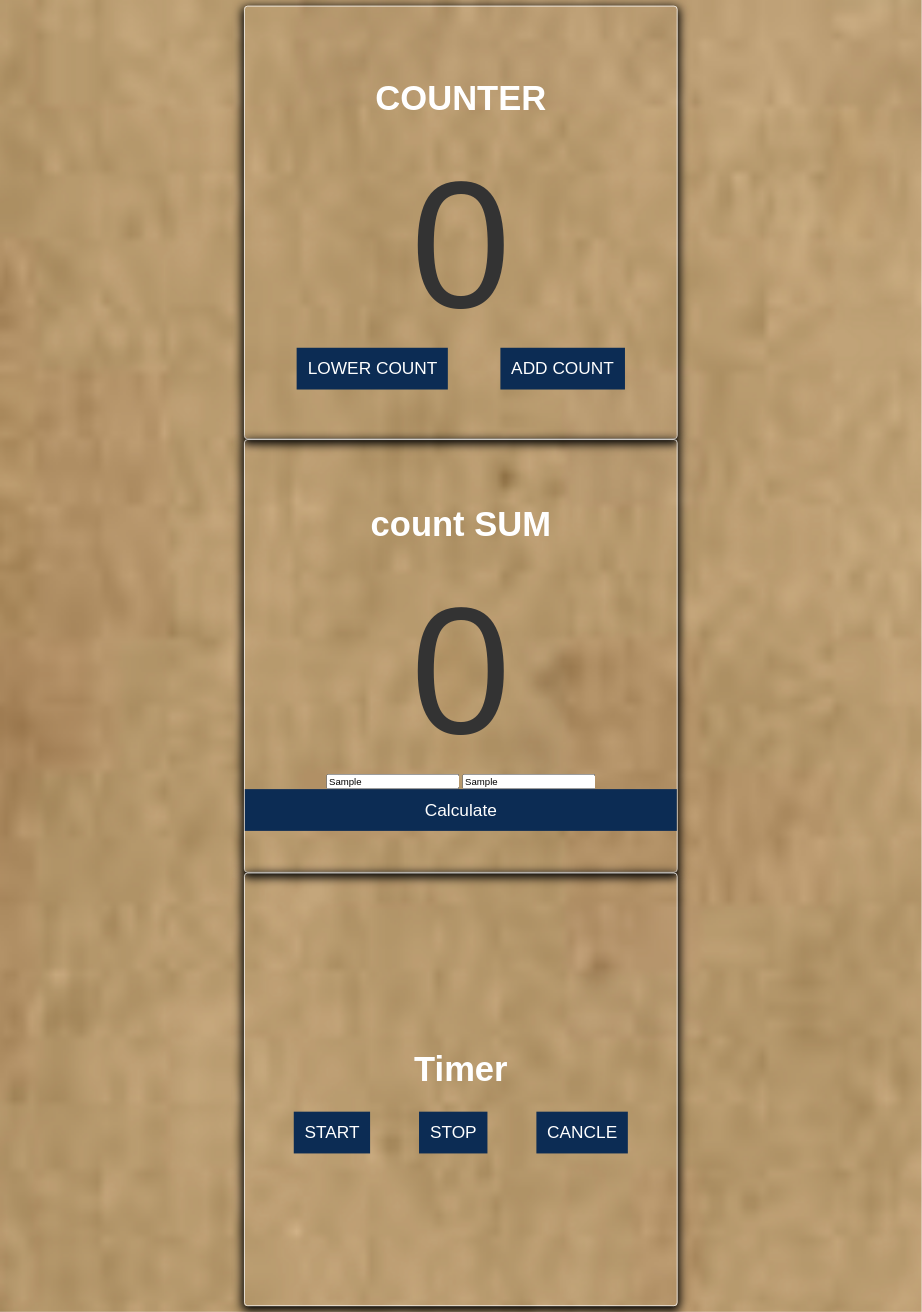
Repository: Hasmik-icml/counter
Page: index.html
The author's editor kept a copy of each file at every save. The page is drawn from the files as they stood at one save, then again after a run of saves.
The browser window is 1280 px wide. The pictures show the whole page, at 72% of full size.
Empty fields were first filled with sample values (such as "Sample", 5 or name@example.com).
After loading, the first visible `button.buttonCansle` was clicked once.

Above is the page before, as saved 2022-02-14 18:34:07.

### index.html
<!DOCTYPE html>
<html lang="en">
<head>
    <meta charset="UTF-8">
    <meta http-equiv="X-UA-Compatible" content="IE=edge">
    <meta name="viewport" content="width=device-width, initial-scale=1.0">
    <link rel="stylesheet" href="/style.css">
    <title>Document</title>
</head>
<body>
    <!-- increase decrease -->
    <div class="container">
        <h1 class="counterHeader">COUNTER</h1>
        <div class="result">0</div>
        <div class="buttons">
            <button class="buttonLower button">LOWER COUNT</button>
            <button class="buttonAdd button">ADD COUNT</button>
    </div>
    </div>

    <!--calculate sum of two numbers  -->
    <div class="container">
        <h1 class="counterHeader">count SUM</h1>
        <div class="resultSum result">0</div>
        <div class="inputs">
            <input type="text" class="inputNumber1 input">
            <input type="text" class="inputNumber2 input">
        </div>
        <button class="calculateNumber button">Calculate</button>
        <!--  -->
    </div>
    <!-- timer -->
    <div class="container">
        <h1 class="counterHeader">Timer</h1>
        <div class="resultTimer result">0</div>
        <div class="timerButtons buttons">
            <button class="buttonStart button">START</button>
            <button class="buttonStop button">STOP</button>
            <button class="buttonCansle button">CANCLE</button>
         </div>
        <!--  -->
    </div>


    <script src="/index.js"></script>
</body>
</html>

### style.css
body{
    display:flex;
    flex-direction:column;
    justify-content:center;
    min-height:100vh;
    background-image: url("/Screenshot_14.png");
    background-repeat: no-repeat;
    background-size: cover;
}
.container {
    width: 600px;
    height: 600px;
    border: 1px solid white;
    border-radius: 5px;
    margin: auto;
    text-align: center;
    box-shadow: 0px 4px 13px 3px;
    display: flex;
    flex-direction: column;
    justify-content: center;
}
.counterHeader{
    color: white;
    font-family: sans-serif;
    font-size: xxx-large;
}
.result{
    color: #333333;
    font-family: sans-serif;
    font-size: 250px;
}
.button{
    background-color: #0c2c54;
    border-style: none;
    color: white;
    padding: 15px;
    font-family: sans-serif;
    font-size: x-large;
}
.buttons{
    display: flex;
    justify-content: space-evenly;
}

### index.js
// increase decrease
const result = document.querySelector(".result");
const buttonLower = document.querySelector(".buttonLower");
const buttonAdd = document.querySelector(".buttonAdd");

buttonLower.addEventListener("click", function(){
    result.innerHTML--;
})
buttonAdd.addEventListener("click", function(){
    result.innerHTML++;
})

// function incrisOrDecris(){

// }
// document.querySelectorAll(".button").forEach(item => {
//     item.addEventListener("click", function(e){
//         console.log(e.target);
//         // this.innerHTML++;
//     })
// })

// calculate sum of two numbers
document.querySelector(".calculateNumber").addEventListener("click", function(){
    const number1 = +document.querySelector(".inputNumber1").value;
    const number2 = +document.querySelector(".inputNumber2").value;
    document.querySelector(".resultSum").innerHTML = calculate(number1)(number2);

})

function calculate(num1){
    return function(num2){
        return num1 + num2;
    }
}

// timer
const buttonStart = document.querySelector(".buttonStart");
const buttonStop = document.querySelector(".buttonStop");
const buttonCansle = document.querySelector(".buttonCansle");
const resultTimer = document.querySelector(".resultTimer");
let interval;

buttonStart.addEventListener("click", function(){
    interval = setInterval(timerStart, 1000);
})

buttonStop.addEventListener("click", function(){
    timerStop();
})

buttonCansle.addEventListener("click", function(){
    resultTimer.innerHTML = "";
})

function timerStart(){
    resultTimer.innerHTML++;
}

function timerStop(){
  clearInterval(interval);
}

After the next 3 saves:
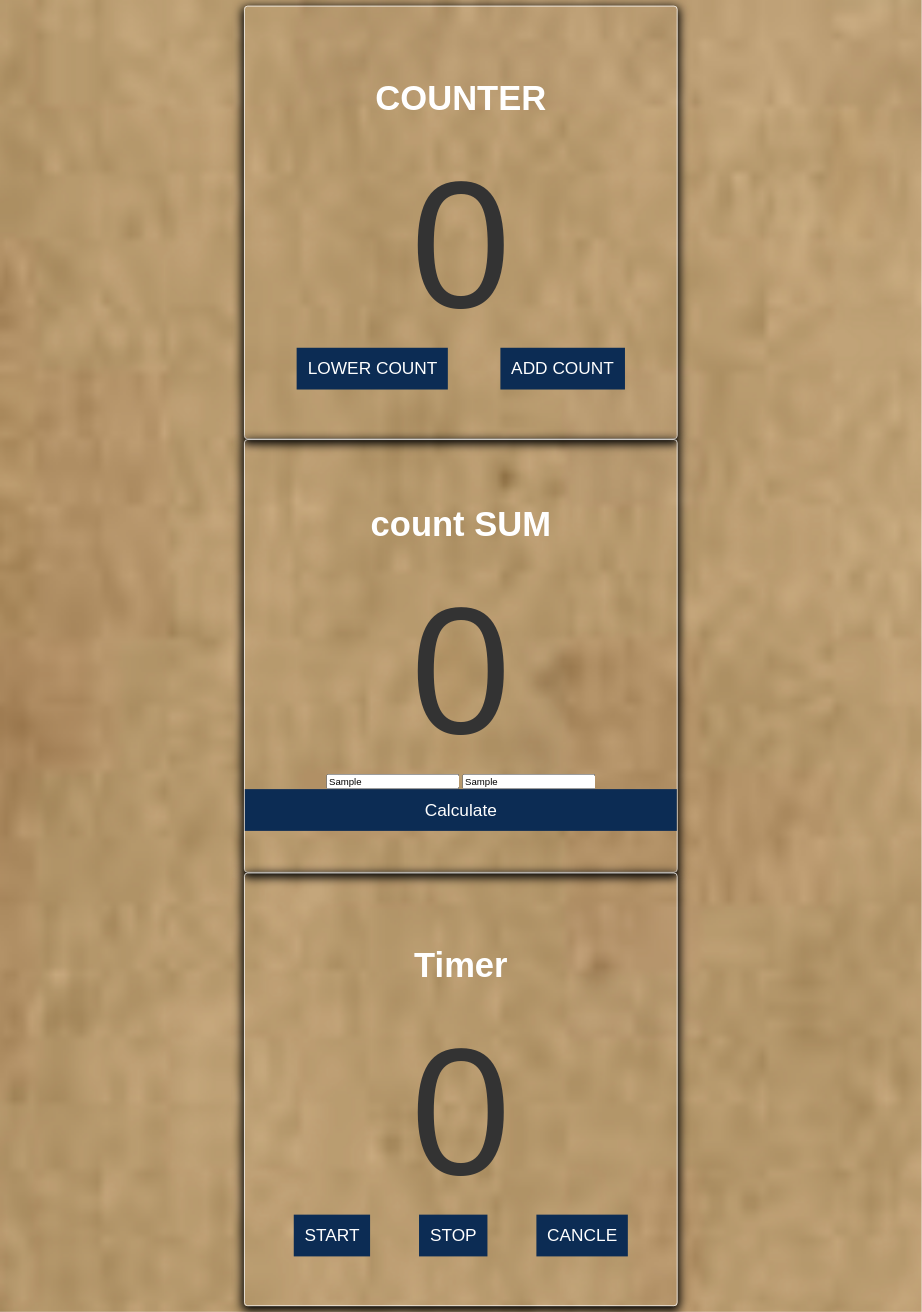
The 3 saves are shown as one change because they came seconds apart.
The last was saved 18 s later.
--- a/index.js
+++ b/index.js
@@ -50,7 +50,7 @@ buttonStop.addEventListener("click", function(){
 })
 
 buttonCansle.addEventListener("click", function(){
-    resultTimer.innerHTML = "";
+    resultTimer.innerHTML = "0";
 })
 
 function timerStart(){
